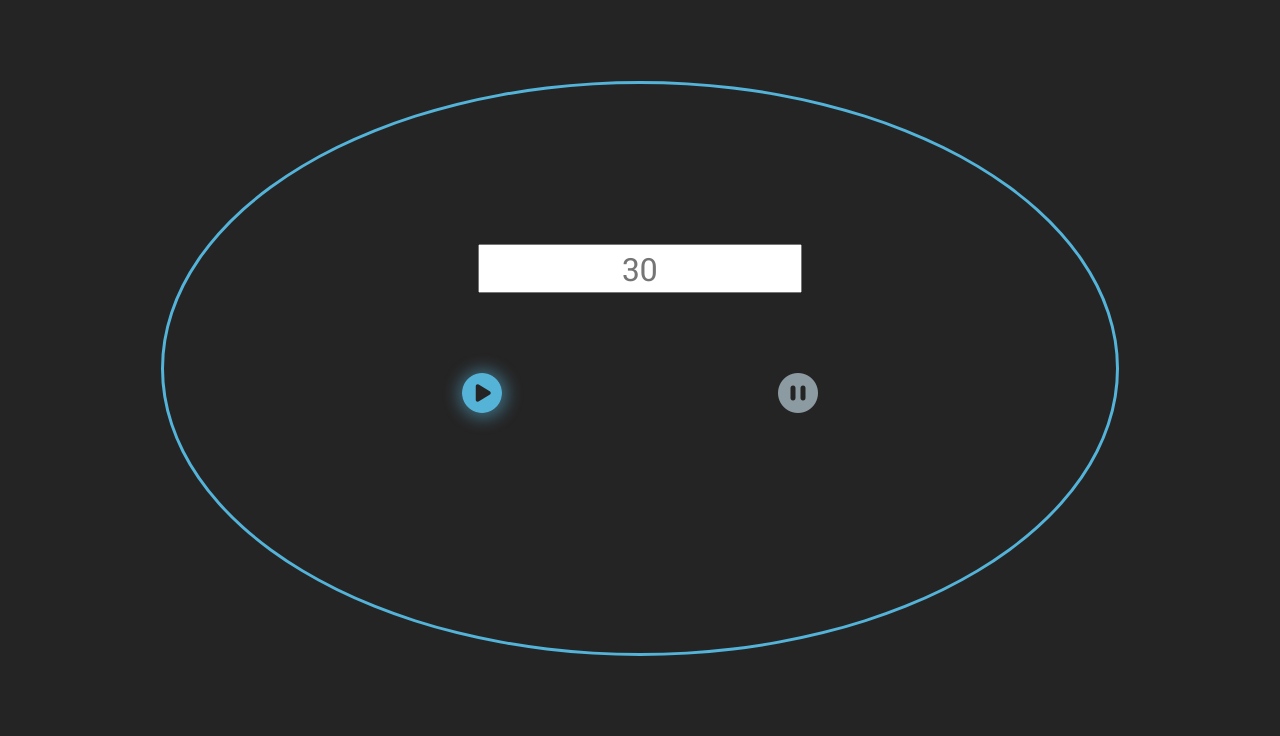
Repository: Sbethm/javascript-challenges
Page: index.html
These files come from the project's save history. The page is drawn as it stood at one moment and after a run of saves; the edit follows.
The browser window is 1280 px wide. The pictures show the whole page.
Some web libraries are served in a nearby version. The style sheet was rebuilt from its Sass, Less or Tailwind sources for each picture, by a compiler version that may differ from the author's.

Above is the page before, as saved 2021-09-17 09:54:19.

After the next 2 saves:
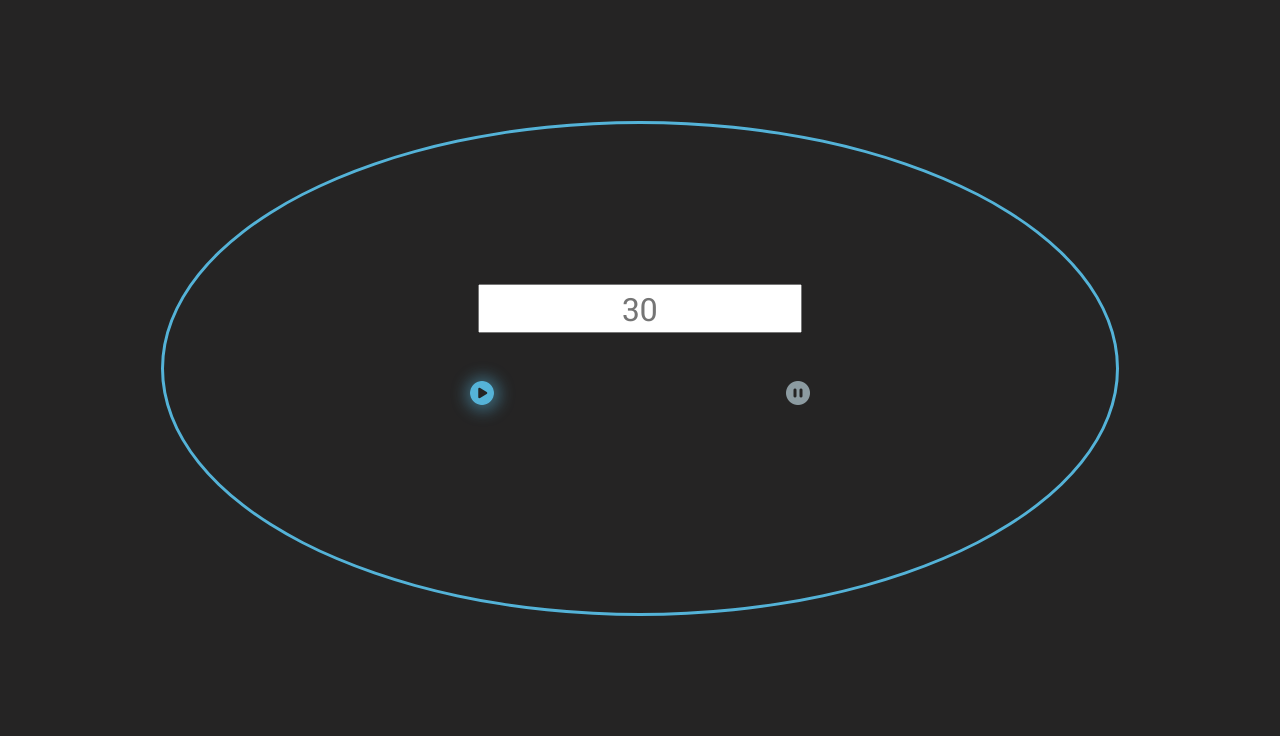
The 2 saves are shown as one change because they came seconds apart.
The last was saved 21 s later.
--- a/SCSS/main.scss
+++ b/SCSS/main.scss
@@ -36,7 +36,7 @@ input {
 
 i {
     margin: 2em auto;
-    font-size: clamp(1rem, 75vw, 2.5rem);
+    font-size: clamp(1rem, 75%, 2.5rem);
     border-radius: 50%;
 }
 
